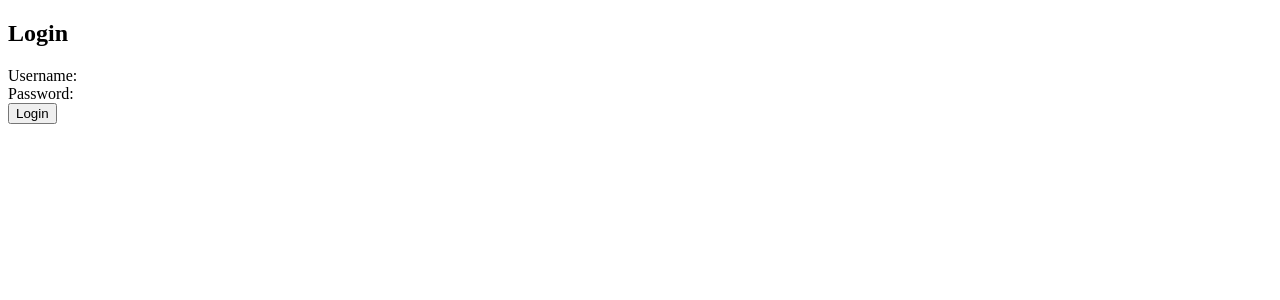
Repository: dinhtanloc/hw_web_development
Page: /login (app in hw3-multi_page/react_prj/)
These files come from the project's save history. The page is drawn as it stood at one moment and after the next save; the edit follows.
The browser window is 1280 px wide. The pictures show the whole page.
The project was rebuilt for these pictures with package versions that can differ from the ones it lists, and the page was loaded fresh each time. Also part of the build but not shown: hw3-multi_page/react_prj/vite.config.js, hw3-multi_page/react_prj/src/home/Home.jsx.

Above is the page before, as saved 2024-03-19 22:42:33.

### hw3-multi_page/react_prj/src/main.jsx
import React from 'react'
import ReactDOM from 'react-dom/client'
import App from './App.jsx'
// import './index.css'
import { BrowserRouter } from 'react-router-dom';


ReactDOM.createRoot(document.getElementById('root')).render(
  <React.StrictMode>
    <BrowserRouter>
      <App />
    </BrowserRouter>
  </React.StrictMode>,
)

### hw3-multi_page/react_prj/src/App.jsx
import React, { useState } from 'react';
import { Routes, Route } from 'react-router-dom';
// import HomePage from './HomePage'; // Import trang chủ từ nơi phù hợp
import LoginPage from './login/LoginPage'; // Import trang đăng nhập từ ./login/LoginPage
import Home from './home/Home'; // Import trang

function App() {
  return (
    <>
      <Routes>
        <Route path="" element={<Home />} />
        <Route path="login" element={<LoginPage />} />
      </Routes>
    </>
  );
}

export default App;

### hw3-multi_page/react_prj/src/login/LoginPage.jsx
// src/login/LoginPage.js
import React from 'react';

const LoginPage = () => {
  return (
    <>
    <div>
        <h2>Login</h2>
            {/* <form onSubmit={handleLogin}> */}
                <div>
                    <label>Username: </label>
                    {/* <input type="text" value={username} onChange={e => setUsername(e.target.value)} /> */}
                </div>
                <div>
                    <label>Password: </label>
                    {/* <input type="password" value={password} onChange={e => setPassword(e.target.value)} /> */}
                </div>
                <button type="submit">Login</button>
            {/* </form> */}
    </div>

    </>
  );
};

export default LoginPage;

Loaded but not shown: hw3-multi_page/react_prj/index.html (common file)

After the next save:
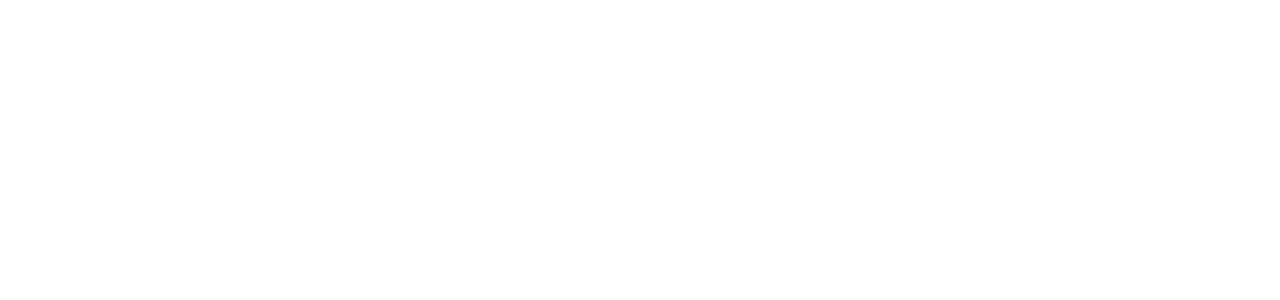
Console error (its wording comes from the project's code and is left out).
Saved 56 s later.
--- a/hw3-multi_page/react_prj/src/login/LoginPage.jsx
+++ b/hw3-multi_page/react_prj/src/login/LoginPage.jsx
@@ -1,7 +1,18 @@
 // src/login/LoginPage.js
-import React from 'react';
+import React, { useState } from 'react';
+import { useHistory } from 'react-router-dom';
+
 
 const LoginPage = () => {
+  const history = useHistory();
+    const [username, setUsername] = useState('');
+    const [password, setPassword] = useState('');
+
+    const handleLogin = () => {
+        // Xử lý logic đăng nhập ở đây
+
+        // Nếu đăng nhập thành công, chuyển hướng sang trang /home
+        history.push('/home');};
   return (
     <>
     <div>

After the 2 saves that followed:
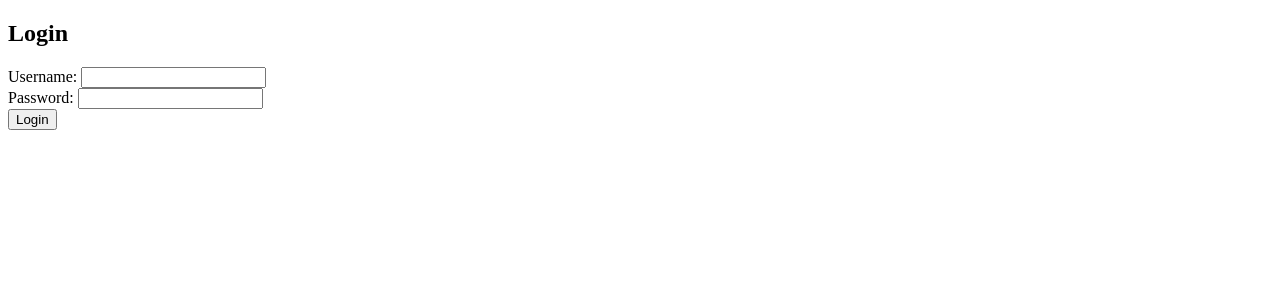
The error is gone.
The 2 saves are shown as one change because 1 left the picture as it was.
The last was saved 2 min 0 s later.
--- a/hw3-multi_page/react_prj/src/login/LoginPage.jsx
+++ b/hw3-multi_page/react_prj/src/login/LoginPage.jsx
@@ -1,10 +1,10 @@
 // src/login/LoginPage.js
 import React, { useState } from 'react';
-import { useHistory } from 'react-router-dom';
+import { useNavigate } from 'react-router-dom';
 
 
 const LoginPage = () => {
-  const history = useHistory();
+  const navigate = useNavigate()
     const [username, setUsername] = useState('');
     const [password, setPassword] = useState('');
 
@@ -12,22 +12,23 @@
         // Xử lý logic đăng nhập ở đây
 
         // Nếu đăng nhập thành công, chuyển hướng sang trang /home
-        history.push('/home');};
+        navigate('/');
+      };
   return (
     <>
     <div>
         <h2>Login</h2>
-            {/* <form onSubmit={handleLogin}> */}
+            <form onSubmit={handleLogin}>
                 <div>
                     <label>Username: </label>
-                    {/* <input type="text" value={username} onChange={e => setUsername(e.target.value)} /> */}
+                    <input type="text" value={username} onChange={e => setUsername(e.target.value)} />
                 </div>
                 <div>
                     <label>Password: </label>
-                    {/* <input type="password" value={password} onChange={e => setPassword(e.target.value)} /> */}
+                    <input type="password" value={password} onChange={e => setPassword(e.target.value)} />
                 </div>
                 <button type="submit">Login</button>
-            {/* </form> */}
+            </form>
     </div>
 
     </>
